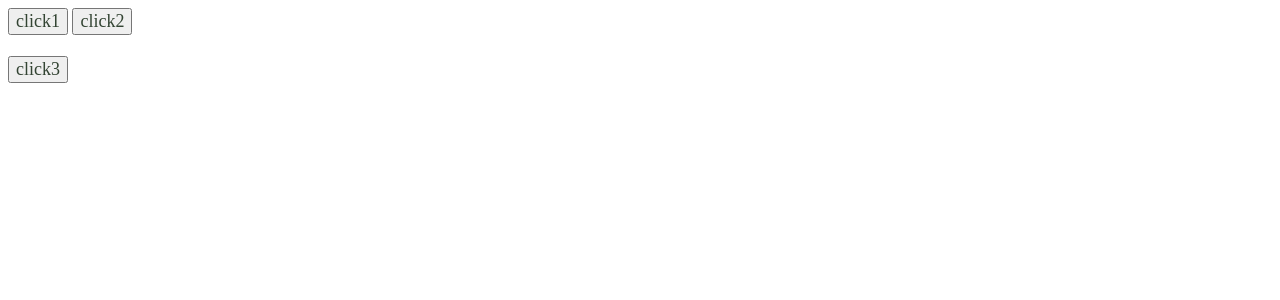
Repository: youngsik0405/Web-study
Page: JsonApp/WebContent/JsonTest04.html
These files come from the project's save history. The page is drawn as it stood at one moment and after the next save; the edit follows.
The browser window is 1280 px wide. The pictures show the whole page.

Above is the page before, as saved 2025-02-05 02:08:47.

### JsonApp/WebContent/JsonTest04.html
<!DOCTYPE html>
<html>
<head>
<meta charset="UTF-8">
<title>JsonTest04.html</title>
<link rel="stylesheet" type="text/css" href="css/main.css">
<script type="text/javascript">

	var myJsonObject4 =
	{
		"test" : function()
		{
			alert("Method test~!!!");
		}
	}

</script>

</head>
<body>

<form>
	<input type="button" value="click1" onclick="myJsonObject4.test">
	<!-- X -->

	<input type="button" value="click2" onclick="alert(myJsonObject4.test)">
	<!--
	"test" : function()
	{
		alert("Method test~!!!");
	}
	-->

	<br><br>

	<input type="button" value="click3" onclick="alert(myJsonObject4.test())">
	<!--
	Method test~!!!

	undefined
	-->

	<!-- 『eval()』 : 변수를 자바스크립트의 함수처럼 사용할 수 있도록 해 주는 함수 -->
	<!-- 			  즉, 정적인 문자열을 동적인 코드 형식으로 처리해 주는 함수 -->
	<!--  			  보안성 이슈로 조심히 다루어야  할 함수 -->

</form>


</body>
</html>

### JsonApp/WebContent/css/main.css
@charset "UTF-8";

/* main.css */

*
{
	font-family: 맑은 고딕;
	color: #334433;
}

body, p, div, span, input, table, th, td, select
{
	font-size: 18px;
}

.control
{
	border: 1px solid gray;
	border-radius: 3px;
}

.table
{
	border-collapse: collapse;
	width: 100%;
}

.table th, .table td
{
	border: 1px solid gray;
	border-left: 0px;
	border-right: 0px;
	padding: 3px;
	line-height: 150%;
}

.table th
{
	font-weight: bold;
	background-color: #eeeeee;
}

.btn
{
	font-weight: bold;
}

.btn:hover
{
	color: white;
	background-color: #778877;
}

After the next save:
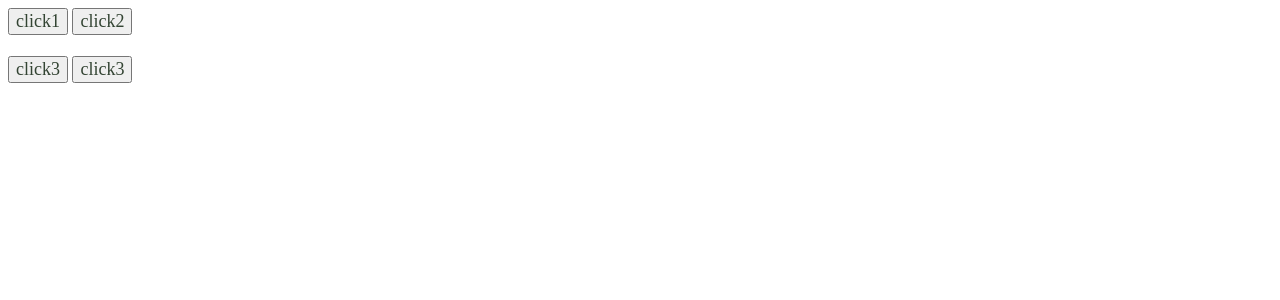
Saved 84 s later.
--- a/JsonApp/WebContent/JsonTest04.html
+++ b/JsonApp/WebContent/JsonTest04.html
@@ -44,6 +44,8 @@
 	<!-- 			  즉, 정적인 문자열을 동적인 코드 형식으로 처리해 주는 함수 -->
 	<!--  			  보안성 이슈로 조심히 다루어야  할 함수 -->
 
+	<input type="button" value="click3" onclick="eval('a=' + myJsonObject4.test); a();">
+
 </form>
 
 
